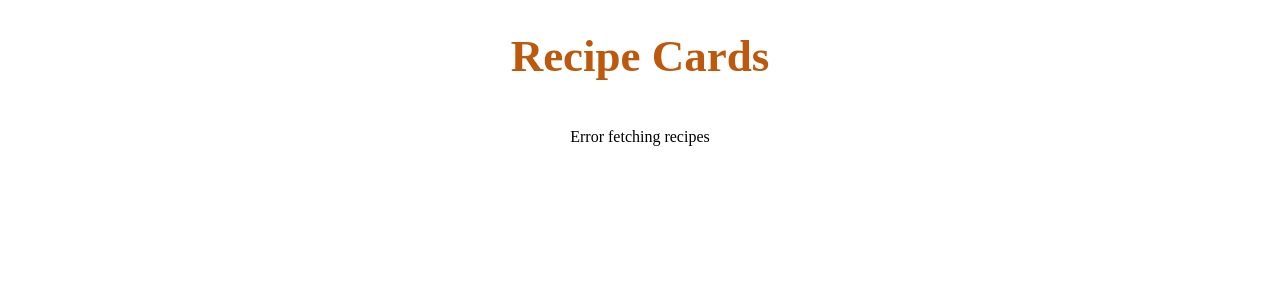
Repository: SharonSebastian32/food-search-filter-
Page: index.html
The author's editor kept a copy of each file at every save. The page is drawn from the files as they stood at one save, then again after a run of saves.
The browser window is 1280 px wide. The pictures show the whole page.
The page's requests for data from a server got no answer.

Above is the page before, as saved 2024-10-11 11:27:45.

After the next 5 saves:
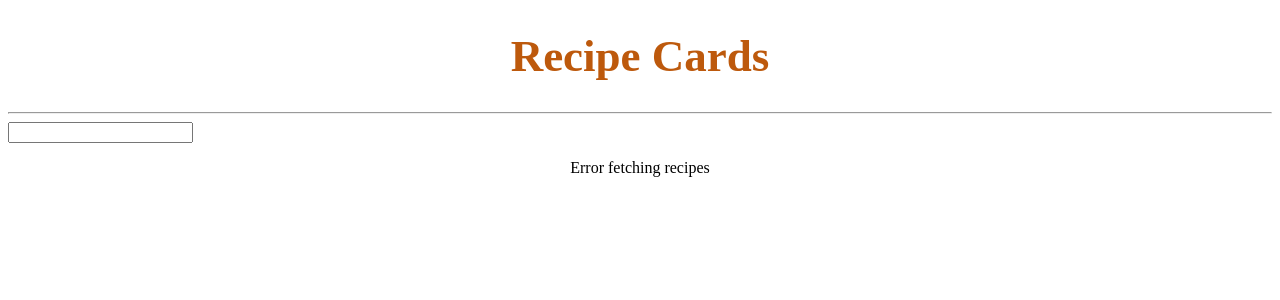
The 5 saves are shown as one change because they came seconds apart.
The last was saved 51 min 22 s later.
--- a/index.html
+++ b/index.html
@@ -48,6 +48,8 @@
   </head>
   <body>
     <h1 id="head1">Recipe Cards</h1>
+    <hr />
+    <input type="text" placeholder="" />
 
     <div id="recipe-root" class="card-container"></div>
 
